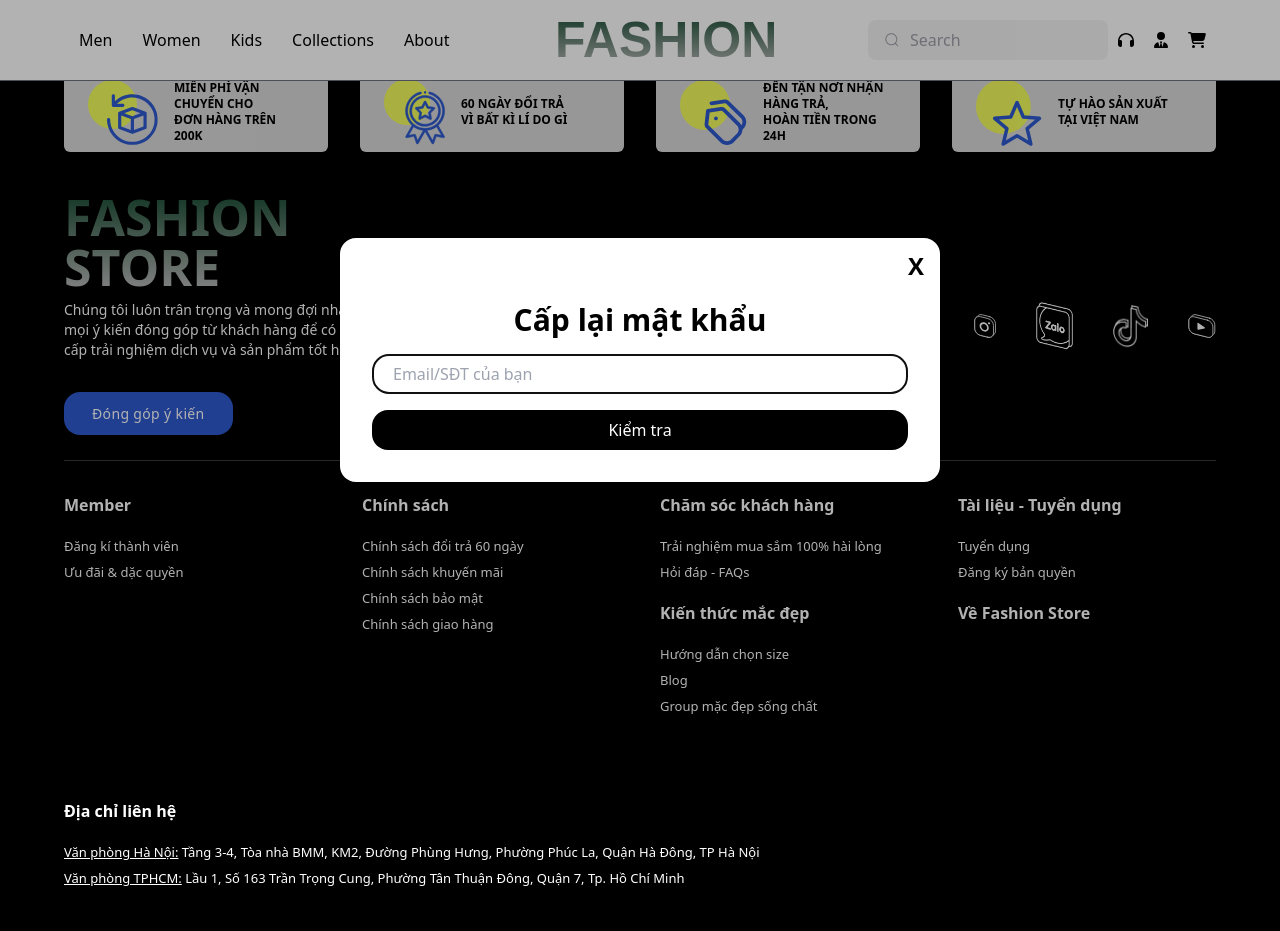
Repository: VuSnow/Software_Engineering
Page: /forgorPassword
The author's editor kept a copy of each file at every save. The page is drawn from the files as they stood at one save, then again after the next save.
The browser window is 1280 px wide. The pictures show the whole page.
The project was rebuilt for these pictures with package versions that can differ from the ones it lists, and the page was loaded fresh each time. The framework's server and built-in components were replaced by stand-ins that run in the browser. Also part of the build but not shown: next.config.js, src/components/cart/CartItem/CartItem.tsx, src/components/cart/Cart.tsx, src/app/Login/page.tsx, src/app/register/page.tsx.

Above is the page before, as saved 2023-06-26 16:09:18.

### src/app/layout.tsx
"use client";
import Header from "@/components/header/Header";
import "./globals.css";
import { Inter } from "next/font/google";
import Footer from "@/components/footer/Footer";

const inter = Inter({ subsets: ["latin"] });

export const metadata = {
  title: "Create Next App",
  description: "Generated by create next app",
};
export default function RootLayout({
  children,
}: {
  children: React.ReactNode;
}) {
  return (
    <html lang="en">
      <body>
        <Header />
        {children}
        <Footer />
      </body>
    </html>
  );
}

### src/app/forgorPassword/page.tsx
import React, { useState } from "react";
import Link from "next/link";
import Image from "next/image";
import facebookIcon from "@/app/Login/facebook.svg";
import googleIcon from "@/app/Login/google.svg";

interface ForgotModal {
  setShowForgotPassword: (value: boolean) => void;
}

const ForgotPassword = ({ setShowForgotPassword }: ForgotModal) => {
  return (
    <div className="loginModal fixed w-full h-full top-0 left-0 z-[150]">
      <div className="backdrop w-full h-full bg-[rgba(0,0,0,.3)]"></div>
      <div
        className="pop-up-body absolute top-1/2 left-1/2 w-[50vw] max-w-[600px] bg-white p-8 rounded-2xl max-h-[95vh] overflow-y-auto overflow-x-hidden"
        style={{ transform: "translate(-50%, -50%)" }}
      >
        <span
          className="close-popup cursor-pointer absolute top-3 right-4 text-2xl font-bold"
          onClick={() => setShowForgotPassword(false)}
        >
          X
        </span>
        <div>
          <div className="form-container">
            <form id="login-form">
              <div className="login-heading mb-4 text-center">
                <div className="title text-3xl font-bold mx-0 mb-4 mt-8">
                  Cấp lại mật khẩu
                </div>
              </div>
              <div className="form-group mb-4">
                <input
                  type="text"
                  name="email"
                  placeholder="Email/SĐT của bạn"
                  autoFocus
                  className="form-control bg-white border border-solid border-[#d9d9d9] box-border rounded-2xl h-10 w-full py-[5px] px-5 transition-all delay-0 duration-200 ease-in-out"
                />
              </div>
              <button className="login-btn block rounded-2xl h-10 w-full py-[5px] px-5 bg-black text-white text-center border-0 cursor-pointer transition-all delay-0 duration-200 ease-in-out mt-4">
                Kiểm tra
              </button>
            </form>
          </div>
        </div>
      </div>
    </div>
  );
};

export default ForgotPassword;

### src/components/header/Header.tsx
import React, { useState, useEffect, useContext } from "react";
import { FontAwesomeIcon } from "@fortawesome/react-fontawesome";
import {
  faBars,
  faHeadphones,
  faUserTie,
  faCartShopping,
  faXmark,
  faPlus,
  faMinus,
} from "@fortawesome/free-solid-svg-icons";
import Cart from "../cart/Cart";
import Login from "@/app/Login/page";
import Register from "@/app/register/page";
import ForgotPassword from "@/app/forgorPassword/page";
const Header = () => {
  const [showLoginModal, setShowLoginModal] = useState<Boolean>(false);
  const [showRegisterModal, setShowRegisterModal] = useState<Boolean>(false);
  const [showForgotPassword, setShowForgotPassword] = useState<Boolean>(false);
  const [classNav, setClassNav] = useState<String>(
    "opacity-0 invisible -left-full"
  );
  const [showCart, setShowCart] = useState(false);
  const showNav = () => {
    setClassNav("opacity-1 visible left-0");
  };
  const closeNav = () => {
    setClassNav("opacity-0 invisible -left-full");
  };
  return (
    <>
      {showLoginModal ? (
        <Login
          setShowLoginModal={setShowLoginModal}
          setShowRegisterModal={setShowRegisterModal}
          setShowForgotPassword={setShowForgotPassword}
        />
      ) : null}
      {showRegisterModal ? (
        <Register
          setShowRegisterModal={setShowRegisterModal}
          setShowLoginModal={setShowLoginModal}
        />
      ) : null}
      {showForgotPassword ? (
        <ForgotPassword setShowForgotPassword={setShowForgotPassword} />
      ) : null}
      <header className="text-black mb-4 fixed block top-0 left-0 right-0 bg-white w-full border-b border-gray-500 z-[99] px-[5%]">
        <div className="flex tablet: justify-between h-20 items-center mr-auto ml-auto max-w-full">
          <nav className="main-menu">
            <div className="mobile-menu cursor-pointer max-tablet:block hidden">
              <FontAwesomeIcon icon={faBars} size="2xl" onClick={showNav} />
            </div>
            <ul className="menu max-tablet:hidden flex">
              <li className="p-[15px] cursor-pointer">Men</li>
              <li className="p-[15px] cursor-pointer">Women</li>
              <li className="p-[15px] cursor-pointer">Kids</li>
              <li className="p-[15px] cursor-pointer">Collections</li>
              <li className="p-[15px] cursor-pointer">About</li>
            </ul>
            <div
              className={`sub-mobile-menu fixed top-0 right-0 bottom-[45px] bg-white z-[1000] pt-16 pr-4 pb-0 pl-4 ${classNav} overflow-y-auto`}
            >
              <div className="box-action bg-[#343a40] flex items-center justify-center rounded-tl-xl h-12 rounded-br-xl mb-[30px]">
                <a
                  href="#"
                  className="action-login text-white text-center text-[18px]"
                >
                  Đăng nhập
                </a>
              </div>
              <ul className="menu-mb">
                <li className="mb-[30px] pr-2 flex justify-between">
                  <a href="#">Men </a>
                  <span className="arrow">
                    <FontAwesomeIcon icon={faPlus} />
                    <FontAwesomeIcon icon={faMinus} className="hidden" />
                  </span>
                </li>
                <li className="mb-[30px] pr-2 flex justify-between">
                  <a href="#">Women </a>
                  <span className="arrow">
                    <FontAwesomeIcon icon={faPlus} />
                    <FontAwesomeIcon icon={faMinus} className="hidden" />
                  </span>
                </li>
                <li className="mb-[30px] pr-2 flex justify-between">
                  <a href="#">Kids </a>
                  <span className="arrow">
                    <FontAwesomeIcon icon={faPlus} />
                    <FontAwesomeIcon icon={faMinus} className="hidden" />
                  </span>
                </li>
                <li className="mb-[30px] pr-2 flex justify-between">
                  <a href="#">Collections </a>
                  <span className="arrow">
                    <FontAwesomeIcon icon={faPlus} />
                    <FontAwesomeIcon icon={faMinus} className="hidden" />
                  </span>
                </li>
                <li className="mb-[30px] pr-2 flex justify-between">
                  <a href="#">About </a>
                  <span className="arrow">
                    <FontAwesomeIcon icon={faPlus} />
                    <FontAwesomeIcon icon={faMinus} className="hidden" />
                  </span>
                </li>
              </ul>
              <div className="close-menu absolute top-[25px] left-[25px] text-[24px] text-black">
                <FontAwesomeIcon icon={faXmark} onClick={closeNav} />
              </div>
            </div>
          </nav>
          <div className="logo-brand">
            <a
              href="/"
              className="font-bold font-kumbhsan"
              style={{
                fontSize: "50px",
                background: "linear-gradient(to bottom, #194c33, #bbb)",
                WebkitBackgroundClip: "text",
                WebkitTextFillColor: "transparent",
                textTransform: "uppercase",
              }}
            >
              Fashion
            </a>
          </div>
          <div className="right-header flex">
            <form
              action="search"
              name="form-search"
              className="flex leading-7 items-center relative max-w-[240px] max-mobile:hidden"
            >
              <svg
                className="icon absolute left-4 fill-[#9e9ea7] w-4 h-4"
                aria-hidden="true"
                viewBox="0 0 24 24"
              >
                <g>
                  <path d="M21.53 20.47l-3.66-3.66C19.195 15.24 20 13.214 20 11c0-4.97-4.03-9-9-9s-9 4.03-9 9 4.03 9 9 9c2.215 0 4.24-.804 5.808-2.13l3.66 3.66c.147.146.34.22.53.22s.385-.073.53-.22c.295-.293.295-.767.002-1.06zM3.5 11c0-4.135 3.365-7.5 7.5-7.5s7.5 3.365 7.5 7.5-3.365 7.5-7.5 7.5-7.5-3.365-7.5-7.5z"></path>
                </g>
              </svg>
              <input
                type="text"
                placeholder="Search"
                className=" w-full h-[40px] leading-7 p-0 pl-10 pr-4 border-2 border-solid border-transparent rounded-lg outline-none bg-[#f3f3f4] text-[#0d0c22] transition-all placeholder:text-[#9e9ea7] focus:outline-none focus:border-[rgba(234,76,137,0.4)] focus:bg-white focus:shadow-md"
              />
            </form>
            <div className="header-action flex">
              <div className="item wallet m-[10px] max-mobile:hidden cursor-pointer">
                <FontAwesomeIcon icon={faHeadphones} />
              </div>
              <div
                className="item person m-[10px] cursor-pointer"
                onClick={() => setShowLoginModal(!showLoginModal)}
              >
                <FontAwesomeIcon icon={faUserTie} />
              </div>
              <div
                className="item cart m-[10px] cursor-pointer"
                onClick={() => setShowCart(true)}
              >
                <FontAwesomeIcon icon={faCartShopping} />
              </div>
            </div>
          </div>
        </div>
      </header>
      {showCart && <Cart setShowCart={setShowCart} />}
    </>
  );
};

export default Header;

### src/app/globals.css
@tailwind base;
@tailwind components;
@tailwind utilities;

:root {
  --foreground-rgb: 0, 0, 0;
  --background-start-rgb: 214, 219, 220;
  --background-end-rgb: 255, 255, 255;
}

@media (prefers-color-scheme: dark) {
  :root {
    --foreground-rgb: 255, 255, 255;
    --background-start-rgb: 0, 0, 0;
    --background-end-rgb: 0, 0, 0;
  }
}
body {
  display: flex;
  flex-direction: column;
  justify-content: space-between;
}

### src/components/footer/Footer.tsx
import React from "react";
import logo from "./logo.png";
import Image from "next/image";
import Link from "next/link";
import dmca from "./dmca.png";
import congthuong from "./img-congthuong.png";
import hotlineIcon from "./icon-hotline.svg";
import emailIcon from "./icon-email.svg";
import facebookIcon from "./facebook.webp";
import zaloIcon from "./zalo.webp";
import instaIcon from "./icon-instar.svg";
import youtubeIcon from "./icon-youtube.svg";
import tiktokIcon from "./tiktok.webp";
import HomepageService from "../HomepageService/HomepageService";

const Footer = () => {
  return (
    <footer className="text-white flex justify-center items-center bg-black px-[5%] leading-[160%] mt-8">
      <div className="container-footer w-full">
        <HomepageService />
        <div className="footer-top text-sm">
          <div className="top-sidebar flex justify-between items-center gap-[8%] mb-8 w-full border-b border-[#d9d9d942] desktop:flex-col desktop:items-start">
            <div className="flex-[1]">
              <h4
                className=" font-semibold text-[22px] mb-2 text-[#fff] leading-[100%]"
                style={{
                  fontSize: "50px",
                  background: "linear-gradient(to bottom, #194c33, #bbb)",
                  WebkitBackgroundClip: "text",
                  WebkitTextFillColor: "transparent",
                  textTransform: "uppercase",
                }}
              >
                Fashion Store
              </h4>
              <p className="description font-normal text-left mb-8">
                Chúng tôi luôn trân trọng và mong đợi nhận được mọi ý kiến đóng
                góp từ khách hàng để có thể nâng cấp trải nghiệm dịch vụ và sản
                phẩm tốt hơn nữa.
              </p>
              <Link
                href="#"
                target="_blank"
                className="support-btn inline-flex justify-center items-center h-[43px] bg-[#2f5acf] rounded-2xl py-0 px-7 font-medium tracking-wide mb-[25px] border-0"
              >
                Đóng góp ý kiến
              </Link>
            </div>
            <div className=" flex justify-between w-full flex-[2] items-center max-tablet:flex-col max-tablet:items-start max-tablet:gap-6 max-tablet:mb-8 gap-10">
              <div className="flex-[1]">
                <div className="hotline flex gap-8 items-center w-fit font-medium text-[13px] leading-[160%] tracking-wide mb-3 justify-start">
                  <div className="icon h-8 w-8">
                    <Image src={hotlineIcon} alt="Hotline Icon" />
                  </div>
                  <div className="content">
                    <span>Hotline</span>
                    <p className="description block text-[1.2rem] font-semibold">
                      <Link href="tel: 0366032936">036.603.2936</Link>-
                      <Link href="tel: 0968174381">0968.174.381</Link>
                      <br />
                      <span>(8:30 - 22:30)</span>
                    </p>
                  </div>
                </div>
                <div className="email flex gap-8 items-center font-medium text-[13px] leading-[160%] tracking-wide mb-3 justify-start">
                  <div className="icon h-8 w-8">
                    <Image src={emailIcon} alt="Email Icon" />
                  </div>
                  <div className="content ">
                    <span>Email</span>
                    <p className=" text-[1.2rem] font-semibold">
                      <Link href="mailto: vm.dung.learning@gmail.com">
                        vm.dung.learning@gmail.com
                      </Link>
                    </p>
                  </div>
                </div>
              </div>
              <div className="social mt-0 h-[130px] flex justify-end items-center flex-[1] gap-10">
                <Link
                  href="https://www.facebook.com/dung.vuminh.315080/"
                  className="flex justify-center items-center"
                  target="_blank"
                >
                  <Image
                    src={facebookIcon}
                    alt=""
                    className=" max-h-[100px] w-full min-h-[50px]"
                  />
                </Link>
                <Link
                  href="https://www.instagram.com/v.m.dung.36/"
                  className="flex justify-center items-center"
                  target="_blank"
                >
                  <Image
                    src={instaIcon}
                    alt=""
                    className=" max-h-[100px] w-full min-h-[50px]"
                  />
                </Link>
                <Link
                  href="https://zalo.me/0366032936"
                  className="flex justify-center items-center"
                  target="_blank"
                >
                  <Image
                    src={zaloIcon}
                    alt=""
                    className=" max-h-[100px] w-full min-h-[50px]"
                  />
                </Link>
                <Link
                  href="https://www.instagram.com/v.m.dung.36/"
                  className="flex justify-center items-center"
                  target="_blank"
                >
                  <Image
                    src={tiktokIcon}
                    alt=""
                    className=" max-h-[100px] w-full min-h-[50px]"
                  />
                </Link>
                <Link
                  href="https://www.instagram.com/v.m.dung.36/"
                  className="flex justify-center items-center"
                  target="_blank"
                >
                  <Image
                    src={youtubeIcon}
                    alt=""
                    className=" max-h-[100px] w-full min-h-[50px]"
                  />
                </Link>
              </div>
            </div>
          </div>
          <div className="top-menu"></div>
        </div>
        <div className="footer-bottom">
          <div className="footer-menu flex justify-between flex-wrap gap-10">
            <div className="footer-item flex-[1] text-[13px] leading-[200%] text-[d9d9d9] min-w-[200px] mb-10">
              <h4 className="text-[#fff] font-semibold mb-4 mt-0 text-base">
                Member
              </h4>
              <ul>
                <li>Đăng kí thành viên</li>
                <li>Ưu đãi & dặc quyền</li>
              </ul>
            </div>
            <div className="footer-item flex-[1] text-[13px] leading-[200%] text-[d9d9d9] min-w-[200px] mb-10">
              <h4 className="text-[#fff] font-semibold mb-4 mt-0 text-base">
                Chính sách
              </h4>
              <ul>
                <li>Chính sách đổi trả 60 ngày</li>
                <li>Chính sách khuyến mãi</li>
                <li>Chính sách bảo mật</li>
                <li>Chính sách giao hàng</li>
              </ul>
            </div>
            <div className="footer-item flex-[1] text-[13px] leading-[200%] text-[d9d9d9] min-w-[200px] mb-10">
              <h4 className="text-[#fff] font-semibold mb-4 mt-0 text-base">
                Chăm sóc khách hàng
              </h4>
              <ul>
                <li>Trải nghiệm mua sắm 100% hài lòng</li>
                <li>Hỏi đáp - FAQs</li>
              </ul>
              <h4 className="text-[#fff] font-semibold mb-4 text-base mt-4">
                Kiến thức mắc đẹp
              </h4>
              <ul>
                <li>Hướng dẫn chọn size</li>
                <li>Blog</li>
                <li>Group mặc đẹp sống chất</li>
              </ul>
            </div>
            <div className="footer-item flex-[1] text-[13px] leading-[200%] text-[d9d9d9] min-w-[200px] mb-10">
              <h4 className="text-[#fff] font-semibold mb-4 mt-0 text-base">
                Tài liệu - Tuyển dụng
              </h4>
              <ul>
                <li>Tuyển dụng</li>
                <li>Đăng ký bản quyền</li>
              </ul>
              <h4 className="text-[#fff] font-semibold mb-4 text-base mt-4">
                Về Fashion Store
              </h4>
            </div>
            <div className="footer-item flex-[1] text-[13px] leading-[200%] text-[d9d9d9] min-w-[200px] mb-10">
              <h4 className="text-[#fff] font-semibold mb-4 mt-0 text-base">
                Địa chỉ liên hệ
              </h4>
              <p>
                <u>Văn phòng Hà Nội:</u> Tầng 3-4, Tòa nhà BMM, KM2, Đường Phùng
                Hưng, Phường Phúc La, Quận Hà Đông, TP Hà Nội
              </p>
              <p>
                <u>Văn phòng TPHCM:</u> Lầu 1, Số 163 Trần Trọng Cung, Phường
                Tân Thuận Đông, Quận 7, Tp. Hồ Chí Minh
              </p>
            </div>
          </div>
        </div>
      </div>
    </footer>
  );
};

export default Footer;

Loaded but not shown: tailwind.config.js (39 lines, source omitted); src/components/HomepageService/HomepageService.tsx (143 lines, source omitted)

After the next save:
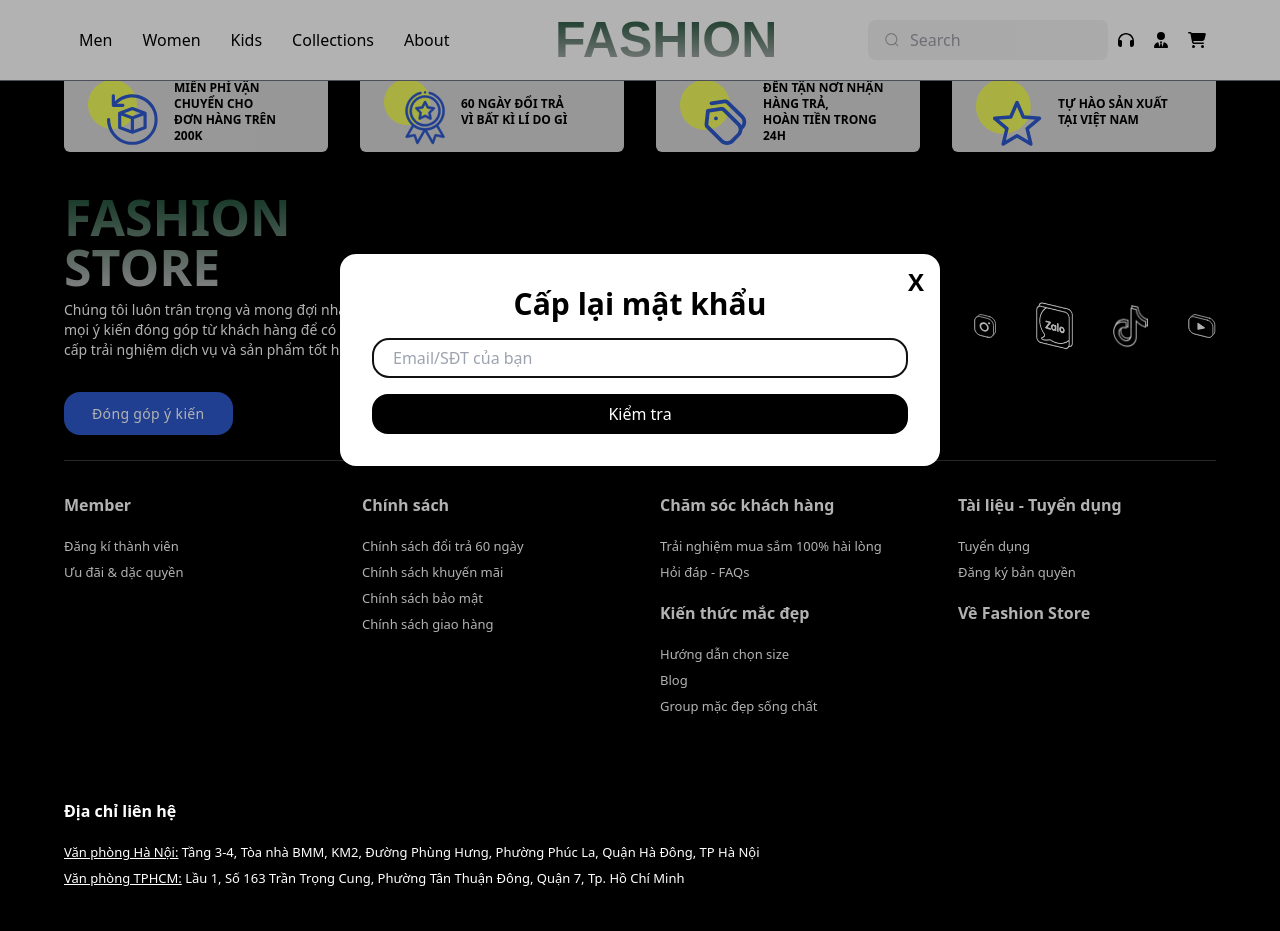
Saved 18 s later.
--- a/src/app/forgorPassword/page.tsx
+++ b/src/app/forgorPassword/page.tsx
@@ -26,7 +26,7 @@
           <div className="form-container">
             <form id="login-form">
               <div className="login-heading mb-4 text-center">
-                <div className="title text-3xl font-bold mx-0 mb-4 mt-8">
+                <div className="title text-3xl font-bold mx-0 mb-4 ">
                   Cấp lại mật khẩu
                 </div>
               </div>
